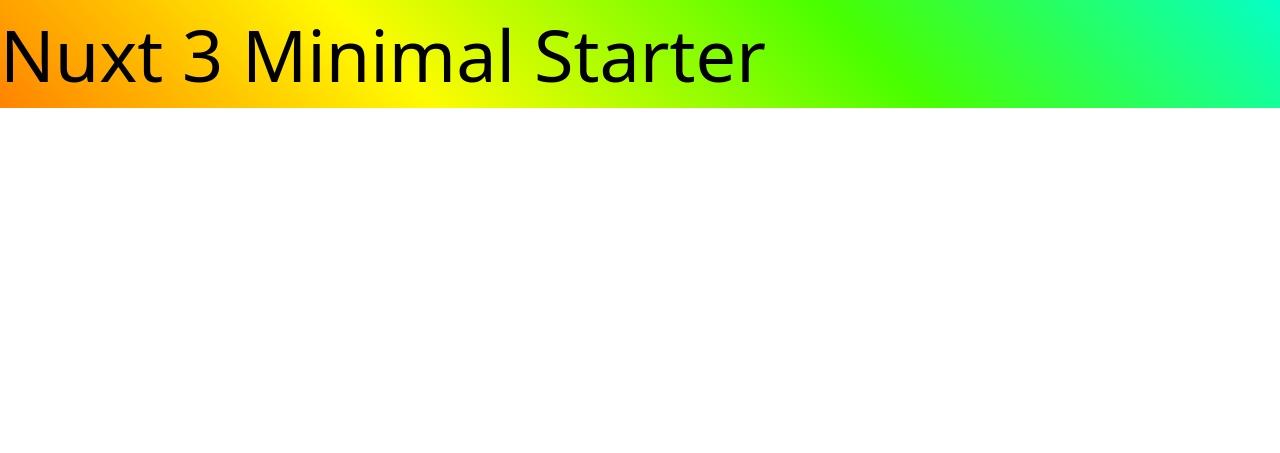
Repository: Freezler/nuxt
Page: /
These files come from the project's save history. The page is drawn as it stood at one moment and after the next save; the edit follows.
The browser window is 1280 px wide. The pictures show the whole page.
The project was rebuilt for these pictures with package versions that can differ from the ones it lists, and the page was loaded fresh each time. The framework's server and built-in components were replaced by stand-ins that run in the browser. Also part of the build but not shown: nuxt.config.ts.

Above is the page before, as saved 2024-08-02 21:07:11.

### assets/css/main.css
@tailwind base;
@tailwind components;
@tailwind utilities;

html {
	background:
	linear-gradient(45deg, #ff0000, #ff7300, #fffb00, #48ff00, #00ffd5, #002bff, #7a00ff, #ff00c8, #ff0000);


	animation: gradient 6s cubic-bezier(0.455, 0.03, 0.515, 0.955) infinite;
	background-size: 300% 100%;
	background-repeat: no-repeat;
}
@keyframes gradient {
	0% {
		background-position: 0% 50%;
	}
	50% {
		background-position: 100% 50%;
	}
	100% {
		background-position: 0% 50%;
	}


}

### app.vue
<template>
  <div>
    <h1 class="text-[72px]">Nuxt 3 Minimal Starter</h1>
  </div>
</template>

### tailwind.config.js
/** @type {import('tailwindcss').Config} */
module.exports = {
	content: [
		"./components/**/*.{js,vue,ts}",
		"./layouts/**/*.vue",
		"./pages/**/*.vue",
		"./plugins/**/*.{js,ts}",
		"./app.vue",
		"./error.vue",
	],
	theme: {
		extend: {},
	},
	plugins: [],
}

After the next save:
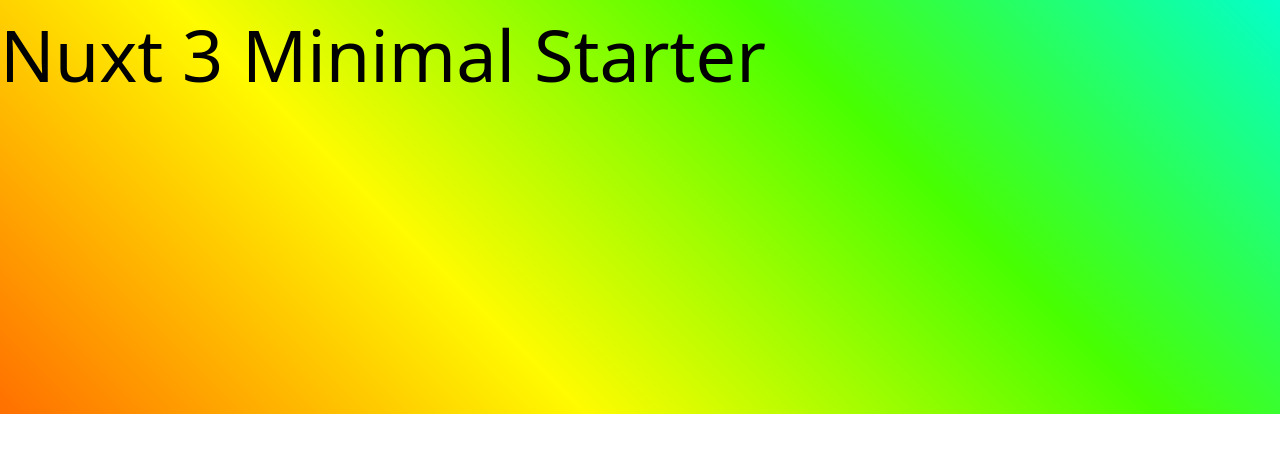
Saved 7 s later.
--- a/assets/css/main.css
+++ b/assets/css/main.css
@@ -8,7 +8,7 @@
 
 
 	animation: gradient 6s cubic-bezier(0.455, 0.03, 0.515, 0.955) infinite;
-	background-size: 300% 100%;
+	background-size: 300% 100vh;
 	background-repeat: no-repeat;
 }
 @keyframes gradient {
